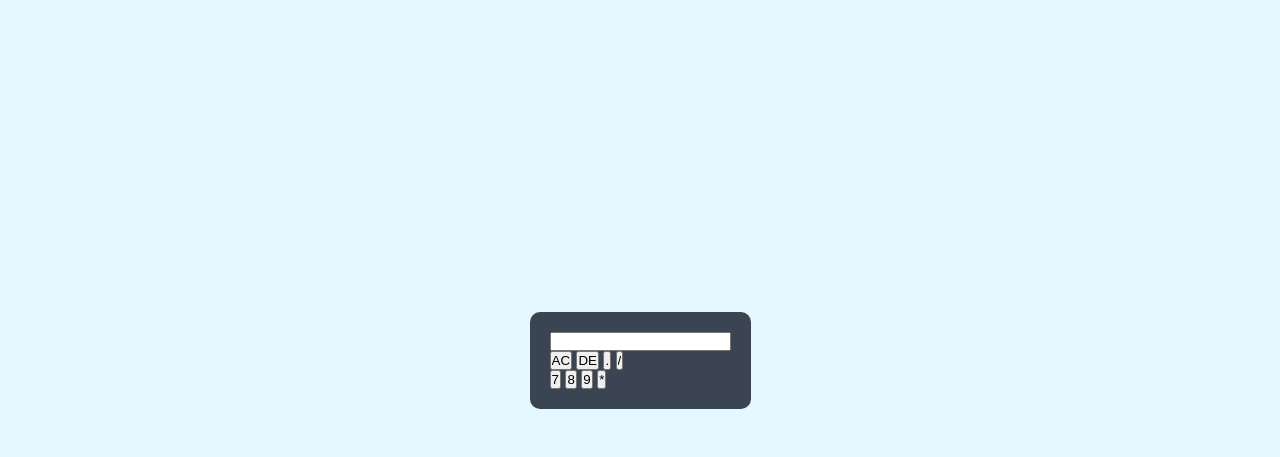
Repository: Anureet23/Calculator
Page: index.html
The author's editor kept a copy of each file at every save. The page is drawn from the files as they stood at one save, then again after a run of saves.
The browser window is 1280 px wide. The pictures show the whole page.

Above is the page before, as saved 2023-02-07 22:46:38.

After the next 2 saves:
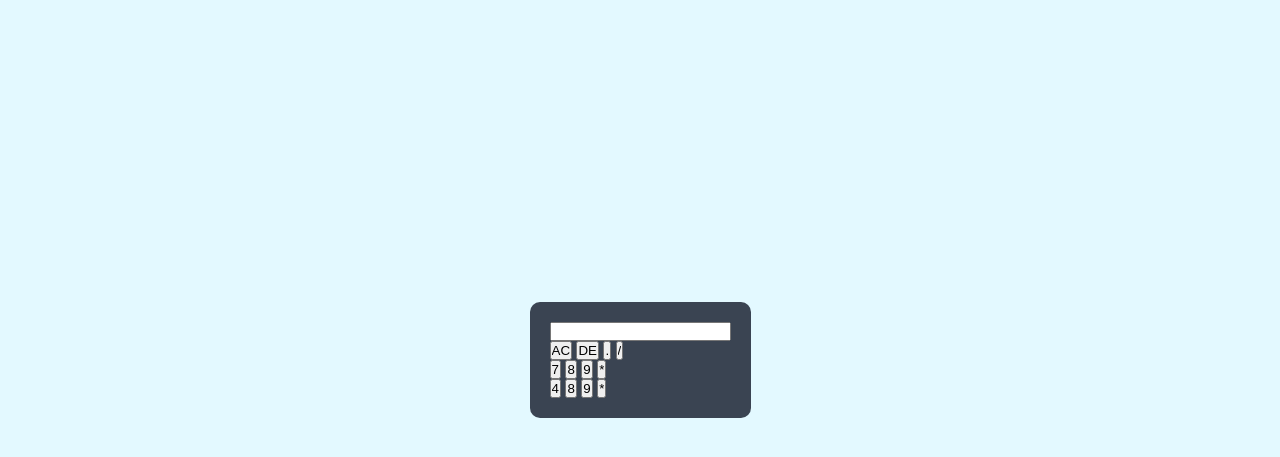
The 2 saves are shown as one change because they came seconds apart.
The last was saved 32 s later.
--- a/index.html
+++ b/index.html
@@ -24,6 +24,12 @@
         <input type="button" value="9">
         <input type="button" value="*">
     </div>
+    <div>
+        <input type="button" value="4">
+        <input type="button" value="8">
+        <input type="button" value="9">
+        <input type="button" value="*">
+    </div>
    </form>
 </div>
 </div>
